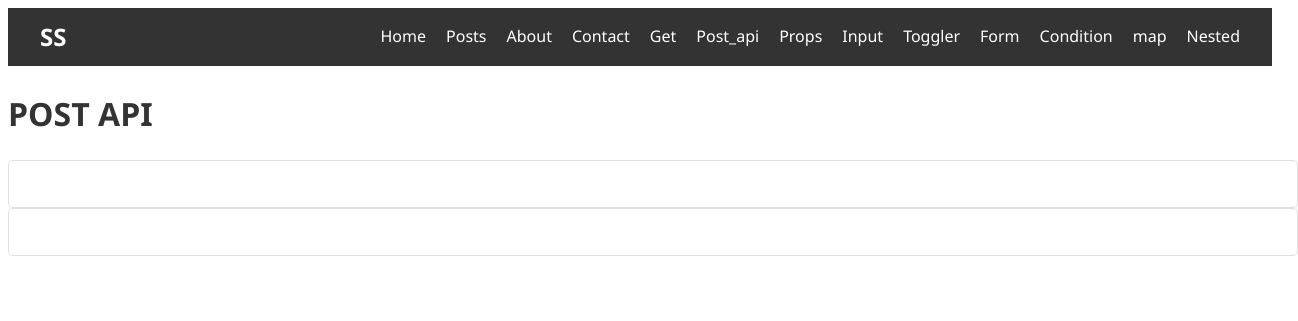
Repository: sshaiv/react_learn
Page: /postform
These files come from the project's save history. The page is drawn as it stood at one moment and after the next save; the edit follows.
The browser window is 1280 px wide. The page is 1298 px wide, so the pictures cover 1298 px, including what lies to the right of the window. The pictures show the whole page.
The project was rebuilt for these pictures with package versions that can differ from the ones it lists, and the page was loaded fresh each time. Also part of the build but not shown: src/components/Home.js, src/components/About.js, src/components/Contact.js, src/utils/data.js, src/components/Posts.js, src/components/PostDetails.js, src/components/Get.js, src/components/Users.js and 7 more.

Above is the page before, as saved 2024-07-07 20:13:44.

### src/App.js
import React from "react";
import { BrowserRouter, Routes, Route } from "react-router-dom";
import Home from "./components/Home";
import About from "./components/About";
import Contact from "./components/Contact";
import Posts from "./components/Posts";
import PostDetails from "./components/PostDetails";
import Navbar from "./components/Navbar";
// import Footer from "./components/Footer";
import Get from './components/Get'
import Users from './components/Users'
import Props from './components/Props'
import Input from './components/Input'
import Toggler from './components/Toggler'
import Form from './components/Form'
import Condition from './components/Condition'
import Use_list from "./components/Use_list";
import Nested from "./components/Nested";
import PostForm from "./components/PostForm";

const App = () => {
  return (
    <BrowserRouter>
      <Navbar />
      <Routes>
        <Route path='/' element={<Home />} />
        <Route path='/about' element={<About />} />
        <Route path='/contact' element={<Contact />} />
        <Route path='/posts' element={<Posts />} />
        <Route path='/get' element={<Get />} />
        <Route path='/postform' element={<PostForm />} />

        <Route path='/Users' element={<Users />} />
        <Route path='/Props' element={<Props name={'shraddha'}/>} />
        <Route path='/input' element={<Input />} />
        <Route path='/Condition' element={<Condition />} />
        <Route path='/toggler' element={<Toggler />} />
        <Route path='/form' element={<Form />} />
        <Route path='/use_list' element={<Use_list />} />
        <Route path='/nested' element={<Nested />} />
        <Route path='/posts/:postId' element={<PostDetails />} />
      </Routes>
      {/* <Footer/> */}
    </BrowserRouter>
  );
};

export default App;

### src/components/Navbar.js
import React from "react";
import { Link } from "react-router-dom";
import "./Home.css"; // Import CSS file for styling

const Navbar = () => {
  return (
    <nav className="navbar">
      <div className="container">
        <h1 className="logo">
          <Link to="/">SS</Link>
        </h1>
        <ul className="nav-links">
          <li>
            <Link to="/">Home</Link>
          </li>
          <li>
            <Link to="/posts">Posts</Link>
          </li>
          <li>
            <Link to="/about">About</Link>
          </li>
          <li>
            <Link to="/contact">Contact</Link>
          </li>
          <li>
            <Link to="/get">Get</Link>
          </li>
          <li>
            <Link to="/postform">Post_api</Link>
          </li>
          <li>
            <Link to="/props">Props</Link>
          </li>
          <li>
            <Link to="/input">Input</Link>
          </li>
          <li>
            <Link to="/toggler">Toggler</Link>
          </li>
          <li>
            <Link to="/form">Form</Link>
          </li>
          <li>
            <Link to='/condition'>Condition</Link>
          </li>
          <li>
            <Link to='/use_list'>map</Link>
          </li>
          <li>
            <Link to='/nested'>Nested</Link>
          </li>
        </ul>
      </div>
    </nav>
  );
};

export default Navbar;

### src/components/PostForm.js
import React, { useEffect,useState } from "react";


const PostForm = () => {
  const [name, setName] = useState("");
  const [email, setEmail] = useState("");



  return (
    <div>
        <h1>POST API</h1>
        <input type="text" name="name" /> <br />
        <input type="text" name="email" /><br />

    </div>
  );
};

export default PostForm;

### src/components/Home.css
/* Navbar container */
*{
    scrollbar-width: none;

}

.navbar {
    background-color: #333; /* Dark background */
    color: #fff; /* Light text color */
    padding: 10px 0;
  }

  /* Container for centering content */
  .navbar .container {
    display: flex;
    justify-content: space-between;
    align-items: center;
    max-width: 1200px; /* Adjust as needed */
    margin: 0 auto;
    padding: 0 20px;
  }

  /* Logo link */
  .navbar .logo {
    font-size: 1.5rem;
    margin: 0;
  }

  .navbar .logo a {
    color: #fff;
    text-decoration: none;
  }

  /* Navigation links */
  .navbar .nav-links {
    list-style-type: none;
    display: flex;
    margin: 0;
    padding: 0;
  }

  .navbar .nav-links li {
    margin-right: 20px;
  }

  .navbar .nav-links li:last-child {
    margin-right: 0;
  }

  .navbar .nav-links li a {
    color: #fff;
    text-decoration: none;
    font-size: 1rem;
    transition: color 0.3s ease;
  }

  .navbar .nav-links li a:hover {
    color: #ffc107; /* Change color on hover */
  }

  .home {
    background-image: url("https://images.unsplash.com/photo-1470770841072-f978cf4d019e?crop=entropy&cs=tinysrgb&fit=max&fm=jpg&ixid=MnwzNjUyOXwwfDF8c2VhcmNofDEzfHxuYXR1cmV8ZW58MHx8fHwxNjM2MDk3MDQz&ixlib=rb-1.2.1&q=80&w=400"); /* Example background image */
    background-size: cover;
    background-position: center;
    color: #fff;
    padding: 100px 0; /* Adjust padding as needed */
    text-align: center;
  }

  .home .container {
    max-width: 800px;
    margin: 0 auto;
    padding: 20px;
  }

  .home h1 {
    font-size: 3rem;
    margin-bottom: 20px;
  }

  .home p {
    font-size: 1.2rem;
    line-height: 1.6;
  }

  .home .btn {
    background-color: #4caf50; /* Green button */
    color: #fff;
    padding: 10px 20px;
    font-size: 1rem;
    border: none;
    cursor: pointer;
    transition: background-color 0.3s ease;
  }

  .home .btn:hover {
    background-color: #45a049; /* Darker green on hover */
  }

  .footer {
    background-color: #333; /* Dark background */
    color: #fff;
    padding: 20px 0;
    text-align: center;
  }

  .footer .container {
    max-width: 1200px;
    margin: 0 auto;
    padding: 0 20px;
  }

  .footer p {
    margin: 0;
    font-size: 1rem;
  }

  .footer .social-links {
    margin-top: 10px;
  }

  .footer .social-links a {
    color: #fff;
    text-decoration: none;
    margin: 0 10px;
    font-size: 1.2rem;
  }

  .footer .social-links a:hover {
    text-decoration: underline;
  }


/* Posts Container */
.posts-container {
    max-width: 800px;
    margin: 0 auto;
    padding: 20px;
  }




  .about-container {
    max-width: 800px;
    margin: 0 auto;
    padding: 20px;
  }

  .about-content {
    background-color: #f9f9f9;
    border: 1px solid #ccc;
    border-radius: 5px;
    padding: 20px;
  }

  .about-content h1 {
    font-size: 2.5rem;
    margin-bottom: 20px;
  }

  .about-content p {
    font-size: 1.2rem;
    line-height: 1.6;
    margin-bottom: 15px;
  }



  .contact-form-container {
    max-width: 600px;
    margin: 50px auto; /* Centering the form */
    padding: 30px;
    background-color: #f5f5f5;
    border: 1px solid #ddd;
    border-radius: 8px;
    box-shadow: 0 2px 4px rgba(0, 0, 0, 0.1);
  }

  .contact-form-container h2 {
    font-size: 2.5rem;
    margin-bottom: 20px;
    color: #333;
    text-align: center;
  }

  .form-group {
    margin-bottom: 20px;
  }

  label {
    font-size: 1.2rem;
    margin-bottom: 8px;
    color: #555;
  }

  input[type="text"],
  input[type="email"],
  textarea {
    width: 100%;
    padding: 12px;
    font-size: 1.2rem;
    border: 1px solid #ccc;
    border-radius: 5px;
  }

  textarea {
    resize: vertical;
    min-height: 150px;
  }

  button {
    padding: 12px 24px;
    background-color: #007bff;
    color: #fff;
    border: none;
    border-radius: 5px;
    font-size: 1.2rem;
    cursor: pointer;
    transition: background-color 0.3s ease;
  }

  button:hover {
    background-color: #0056b3;
  }


  /* Color Palette */
:root {
    --primary-color: #007bff; /* Primary color for links and buttons */
    --secondary-color: #0056b3; /* Darker shade for hover effects */
    --text-color: #333; /* Main text color */
    --text-light-color: #666; /* Lighter text color */
    --bg-color: #f9f9f9; /* Background color */
    --border-color: #e0e0e0; /* Border color */
  }

  /* Font Styling */
  body {
    font-family: 'Segoe UI', Tahoma, Geneva, Verdana, sans-serif;
    color: var(--text-color);
    line-height: 1.6;
  }
  .posts-container h1{
    position: relative;
    left: 250px;
  }
  /* Individual Post */
  .post {
    max-width: 600px;

    margin: 0 auto 20px;
    padding: 20px;
    border: 1px solid var(--border-color);
    border-radius: 8px;
    background-color: #fff;
    box-shadow: 0 2px 4px rgba(0, 0, 0, 0.1);
  }

  .post h2 {
    font-size: 2rem;
    margin-bottom: 15px;
    color: var(--primary-color);
  }

  .post img {
    display: block;
    max-width: 100%;
    height: 250px;
    margin-bottom: 15px;
    border-radius: 8px;
    box-shadow: 0 2px 4px rgba(0, 0, 0, 0.1);
  }

  .post p {
    font-size: 1.2rem;
    line-height: 1.6;
    color: var(--text-light-color);
  }

  .post-link {
    display: block;
    text-decoration: none;
    color: var(--primary-color);
    font-weight: bold;
    transition: color 0.3s ease;
  }

  .post-link:hover {
    color: var(--secondary-color);
  }

/* Post Details Container */
.post-details-container {
    max-width: 600px; /* Reduced max-width for a smaller container */
    margin: 20px auto;
    padding: 20px; /* Reduced padding to make it more compact */
    background-color: #fff;
    border: 1px solid var(--border-color);
    border-radius: 8px;
    box-shadow: 0 4px 8px rgba(0, 0, 0, 0.1);
  }

  .post-details h1 {
    font-size: 1.8rem; /* Slightly reduced font size for heading */
    margin-bottom: 15px; /* Adjusted margin for heading */
    color: var(--primary-color); /* Adjusted primary color for heading */
    text-align: center;
  }

  .post-details img {
    max-width: 100%; /* Ensures images fit within container */
    height: auto; /* Maintains aspect ratio */
    margin-bottom: 10px;
    border-radius: 8px; /* Rounded corners for images */
    box-shadow: 0 2px 4px rgba(0, 0, 0, 0.1);
  }

  .post-details p {
    font-size: 1.2rem; /* Reduced font size for paragraphs */
    line-height: 1.6; /* Adjusted line height */
    color: var(--text-color);
    text-align: justify;
    margin-bottom: 10px; /* Adjusted margin between paragraphs */
  }

  .post-details p:last-child {
    margin-bottom: 0;
  }

  /* Post Details Container */
.post-details-container {
    max-width: 500px; /* Reduced max-width for a smaller container */
    margin: 10px auto; /* Reduced margin for tighter spacing */
    padding: 15px; /* Reduced padding for more compact layout */
    background-color: #fff;
    border: 1px solid var(--border-color);
    border-radius: 6px;
    box-shadow: 0 2px 4px rgba(0, 0, 0, 0.1);
  }

  .post-details h1 {
    font-size: 1.6rem; /* Smaller font size for heading */
    margin-bottom: 10px; /* Reduced margin for heading */
    color: var(--primary-color); /* Adjusted primary color for heading */
    text-align: center;
  }

  .post-details img {
    max-width: 100%; /* Ensures images fit within container */
    height: auto; /* Maintains aspect ratio */
    margin-bottom: 8px; /* Reduced margin bottom for images */
    border-radius: 6px; /* Rounded corners for images */
    box-shadow: 0 1px 2px rgba(0, 0, 0, 0.1);
  }

  .post-details p {
    font-size: 1.1rem; /* Smaller font size for paragraphs */
    line-height: 1.5; /* Tighter line height for paragraphs */
    color: var(--text-color);
    text-align: justify;
    margin-bottom: 8px; /* Reduced margin between paragraphs */
  }

  .post-details p:last-child {
    margin-bottom: 0;
  }


  /* Contact Form */
  .contact-form-container {
    max-width: 600px;
    margin: 50px auto;
    padding: 30px;
    background-color: #f5f5f5;
    border: 1px solid var(--border-color);
    border-radius: 8px;
    box-shadow: 0 2px 4px rgba(0, 0, 0, 0.1);
  }

  .contact-form-container h2 {
    font-size: 2.5rem;
    margin-bottom: 20px;
    color: var(--text-color);
    text-align: center;
  }

  .form-group {
    margin-bottom: 20px;
  }

  label {
    font-size: 1.2rem;
    margin-bottom: 8px;
    color: var(--text-color);
  }

  input[type="text"],
  input[type="email"],
  textarea {
    width: 100%;
    padding: 12px;
    font-size: 1.2rem;
    border: 1px solid var(--border-color);
    border-radius: 5px;
  }

  textarea {
    resize: vertical;
    min-height: 150px;
  }

  button {
    padding: 12px 24px;
    background-color: var(--primary-color);
    color: #fff;
    border: none;
    border-radius: 5px;
    font-size: 1.2rem;
    cursor: pointer;
    transition: background-color 0.3s ease;
  }

  button:hover {
    background-color: var(--secondary-color);
  }

Loaded but not shown: public/index.html (common file); src/index.js (common file)

After the next save:
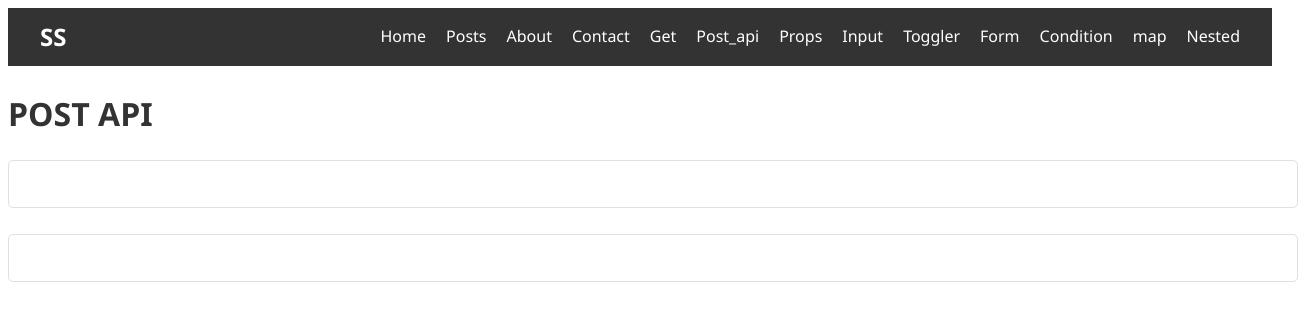
Saved 4 s later.
--- a/src/components/PostForm.js
+++ b/src/components/PostForm.js
@@ -10,7 +10,7 @@ const PostForm = () => {
   return (
     <div>
         <h1>POST API</h1>
-        <input type="text" name="name" /> <br />
+        <input type="text" name="name" /> <br /><br />
         <input type="text" name="email" /><br />
 
     </div>
